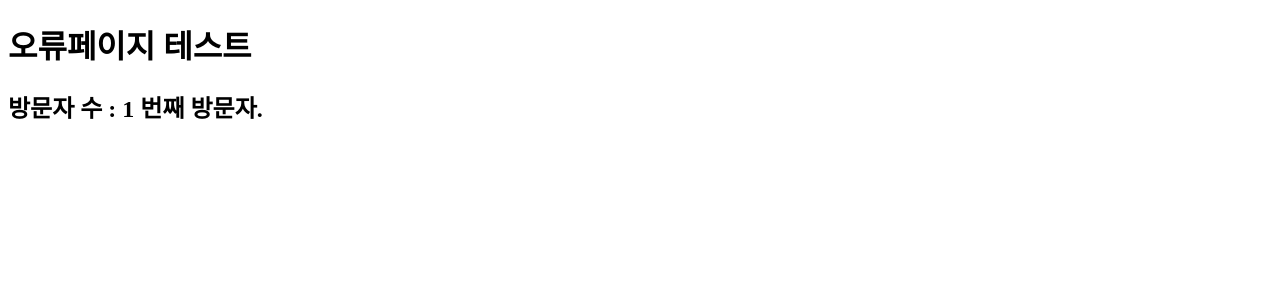
Repository: hodob/JSP_Practice
Page: http://localhost/JSP_WebMarket_JJH/ch03_ex/myError.jsp
An editor plug-in stored every save of this project. The page is shown before and after the next save, followed by the edit.
The browser window is 1280 px wide. The pictures show the whole page.
The page is served by Tomcat 9.

Above is the page before, as saved 2022-08-08 03:21:21.

After the next save:
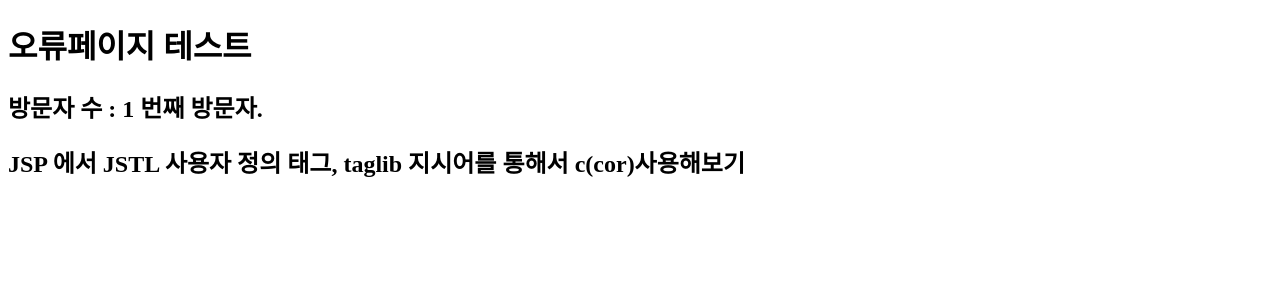
Saved 12 min 40 s later.
--- a/JSP_WebMarket_JJH/WebContent/ch03_ex/myError.jsp
+++ b/JSP_WebMarket_JJH/WebContent/ch03_ex/myError.jsp
@@ -19,6 +19,12 @@
 <h2>방문자 수 : <%=count %> 번째 방문자.</h2>
 
 
+<h2>JSP 에서 JSTL 사용자 정의 태그, taglib 지시어를 통해서 c(cor)사용해보기</h2>
+<c: value="출력 용도로 사용함, 마치 jsp의 " />
+<c: forEach var = 'k'	begin = "1" end ="10" step ="1">
+
+</c:forEach>
+
 
 </body>
 </html>
